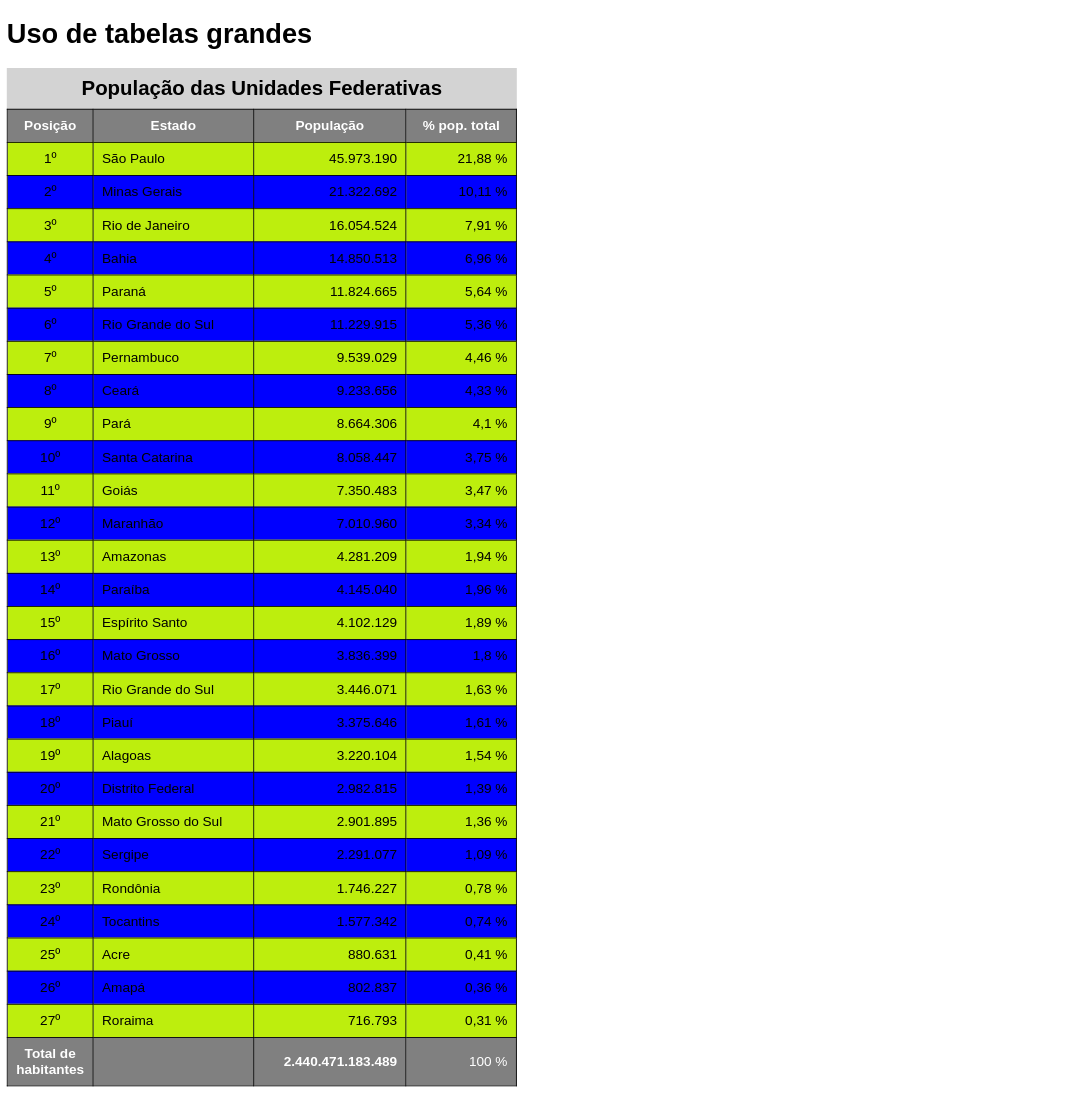
Repository: railsondev/html-css
Page: Módulo3/Exercicios/Ex02 - Tabelas/tabela002.html
These files come from the project's save history. The page is drawn as it stood at one moment and after the next save; the edit follows.
The browser window is 1280 px wide. The pictures show the whole page, at 85% of full size.

Above is the page before, as saved 2024-10-19 19:51:27.

After the next save:
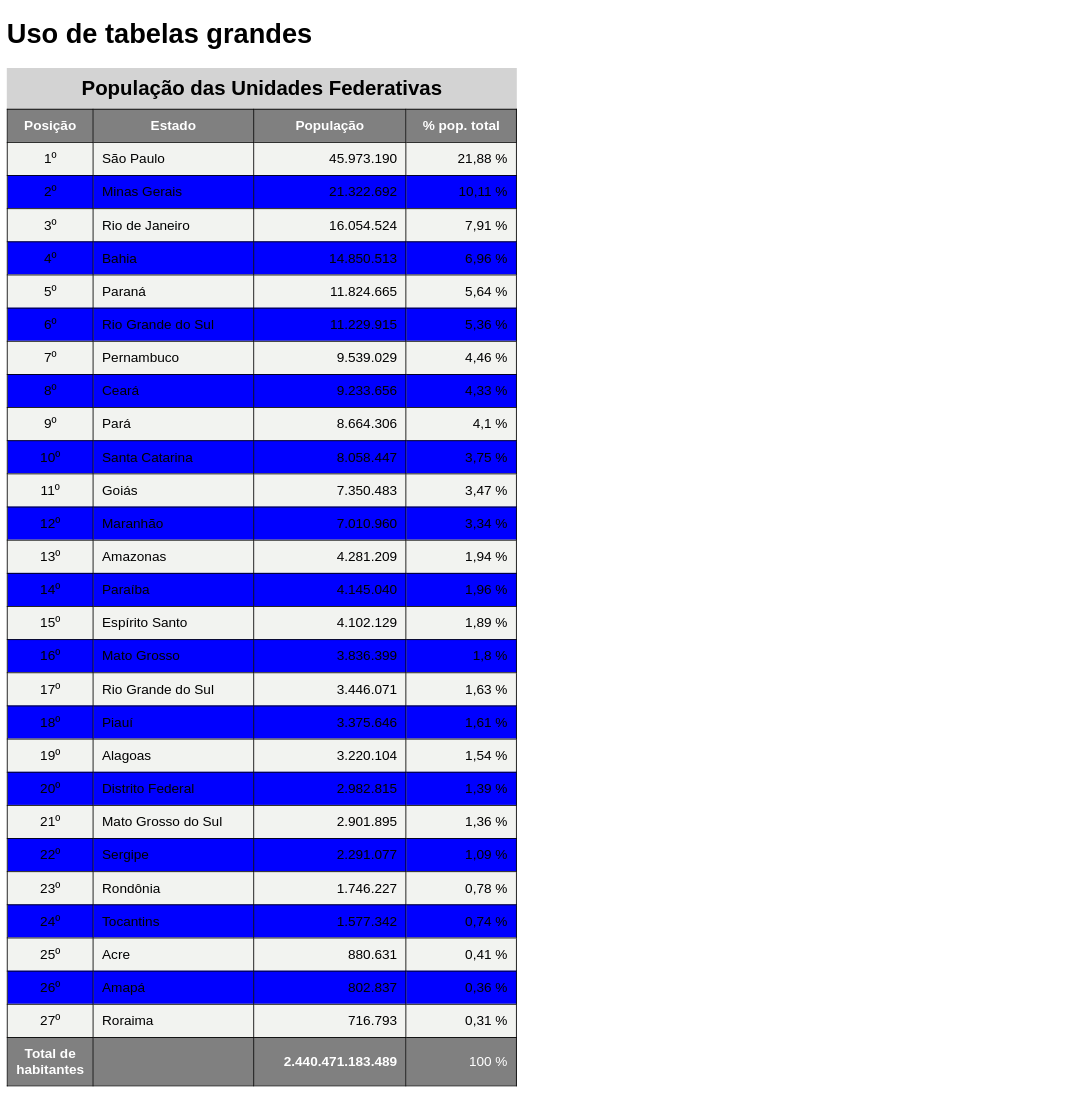
Saved 95 s later.
--- a/Módulo3/Exercicios/Ex02 - Tabelas/src/css/estilo01.css
+++ b/Módulo3/Exercicios/Ex02 - Tabelas/src/css/estilo01.css
@@ -4,7 +4,7 @@ body {
   font-family: Arial, Helvetica, sans-serif;
 }
 tbody > tr:nth-child(odd) {
-  background-color: rgb(189, 238, 13);
+  background-color: rgb(242, 243, 240);
 }
 tbody > tr:nth-child(even) {
   background-color: blue;
